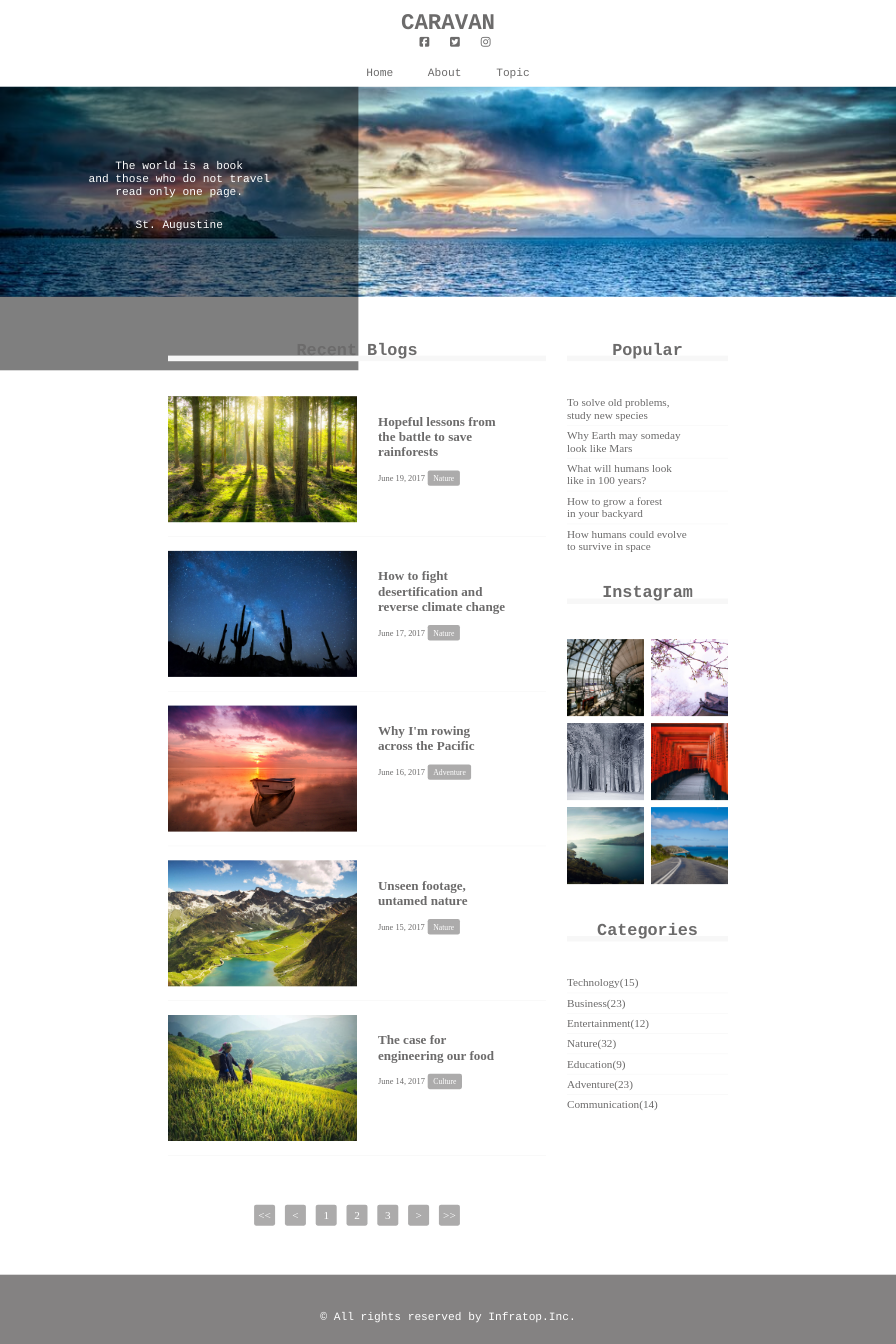
Repository: inosesinta/box
Page: caravan/index.html
The author's editor kept a record of every edit. The page is drawn from the files as they stood at one moment, then again after the next edit.
The browser window is 1280 px wide. The pictures show the part of the page from y = 0 to 1920 px (the page is 1941 px tall before and 4584 px after), at 70% of full size.
Some web libraries are served in a nearby version.

Above is the page before.

After the next edit:
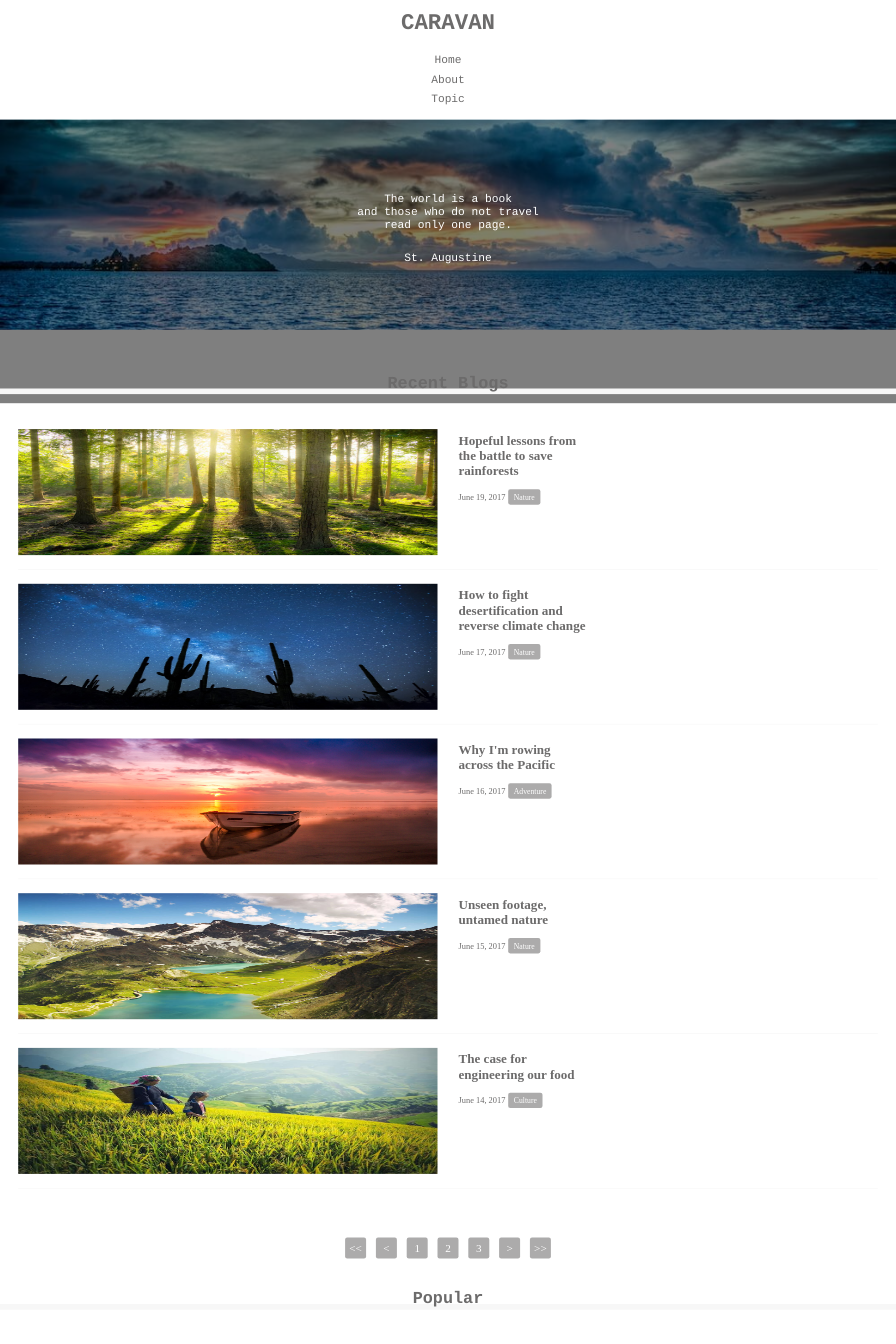
The edit:
--- a/caravan/style.css
+++ b/caravan/style.css
@@ -227,3 +227,66 @@
     width: 100%;;
   }
 }
+
+.nav-list {
+    width: 100%;
+  }
+
+  .nav-list-item {
+    width: 100%;
+    margin: 0 0 10px 0;
+  }
+
+  .social {
+    display: none;
+  }
+
+  .main-visual-content {
+    width: 100%;
+  }
+
+  main {
+    width: 100%;
+    display: block;
+  }
+
+  .blog {
+    width: 100%;
+    margin: 0;
+  }
+
+  .blog-box {
+    padding-left: 2%;
+    padding-right: 2%;
+  }
+
+  .blog-image {
+    width: 49%;
+  }
+
+  .blog-text {
+    width: 49%;
+    padding-top: 5px;
+  }
+
+  .sidebar {
+    width: 100%;
+  }
+
+  .sidebar-contents {
+    padding-left: 3%;
+    padding-right: 3%;
+  }
+
+  .instagram-box {
+    width: 48%;
+    padding-top: 48%;
+  }
+
+  .instagram-box:nth-child(odd) {
+    margin-right: 4%;
+  }
+
+  .pagination {
+    margin-bottom: 50px;
+  }
